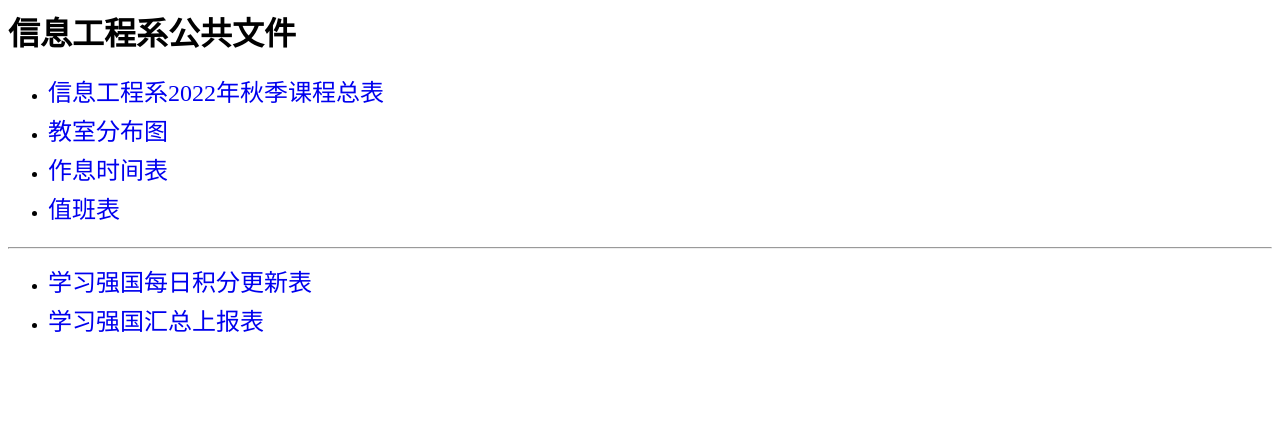
Repository: teacherlonglong/teacherlonglong.github.io
Page: index.html
These files come from the project's save history. The page is drawn as it stood at one moment and after a run of saves; the edit follows.
The browser window is 1280 px wide. The pictures show the whole page.

Above is the page before, as saved 2022-11-11 17:20:14.

### index.html
<html>

<head>
    <title>信息工程系公共文件</title>
    <style>
        li {
            line-height: 36px;
        }
        a {
            font-size: 24px;
            text-decoration: none;
        }
    </style>
</head>

<body>
    <h1>信息工程系公共文件</h1>
    <ul>
        <li><a href="./信息工程系2022年秋季课程总表.html" target="_blank">信息工程系2022年秋季课程总表</a></li>
        <li><a href="./教室分布图.htm" target="_blank">教室分布图</a></li>
        <li><a href="./作息时间表.htm" target="_blank">作息时间表</a></li>
        <li><a href="./值班表.htm" target="_blank">值班表</a></li>
    </ul>
    <hr/>
    <ul>
        <li><a href="https://kdocs.cn/l/cfJpwSM0RtsN" target="_blank">学习强国每日积分更新表</a></li>
        <li><a href="https://kdocs.cn/l/clx6LWJBlYsu" target="_blank">学习强国汇总上报表</a></li>
    </ul>
</body>
</html>

After the next 2 saves:
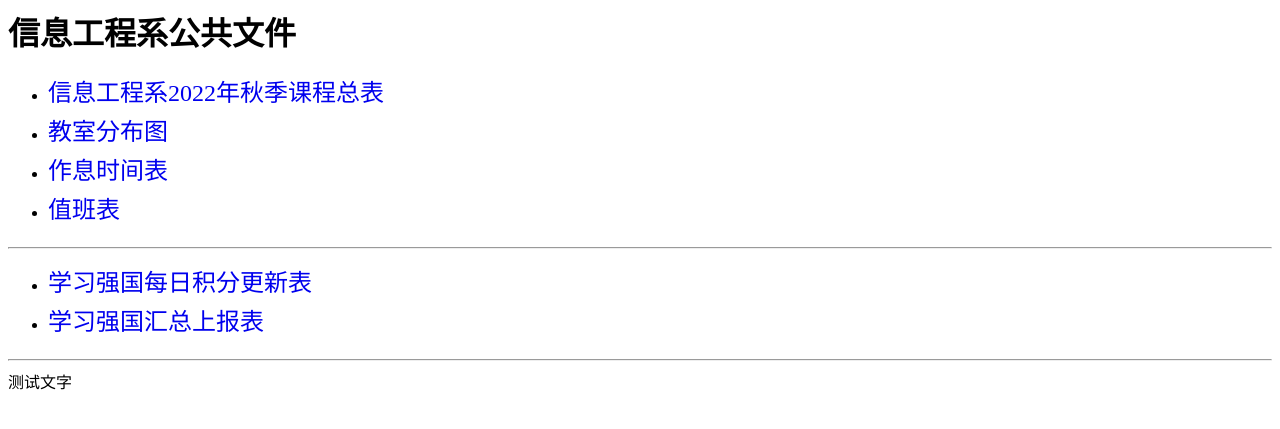
The 2 saves are shown as one change because they came seconds apart.
The last was saved 27 days later.
--- a/index.html
+++ b/index.html
@@ -26,5 +26,7 @@
         <li><a href="https://kdocs.cn/l/cfJpwSM0RtsN" target="_blank">学习强国每日积分更新表</a></li>
         <li><a href="https://kdocs.cn/l/clx6LWJBlYsu" target="_blank">学习强国汇总上报表</a></li>
     </ul>
+    <hr/>
+    测试文字
 </body>
 </html>

After the save that followed:
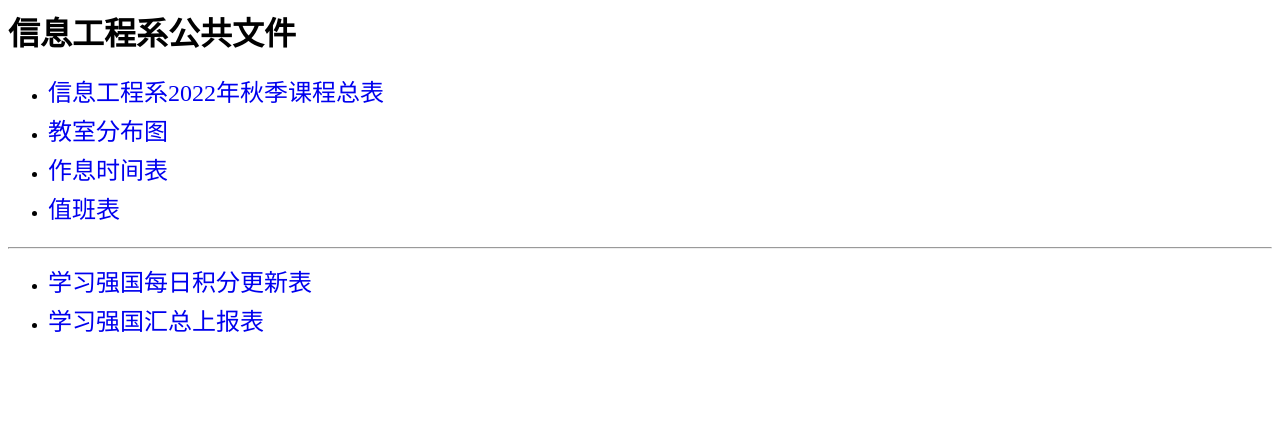
Saved 9 min 49 s later.
--- a/index.html
+++ b/index.html
@@ -26,7 +26,5 @@
         <li><a href="https://kdocs.cn/l/cfJpwSM0RtsN" target="_blank">学习强国每日积分更新表</a></li>
         <li><a href="https://kdocs.cn/l/clx6LWJBlYsu" target="_blank">学习强国汇总上报表</a></li>
     </ul>
-    <hr/>
-    测试文字
 </body>
 </html>
